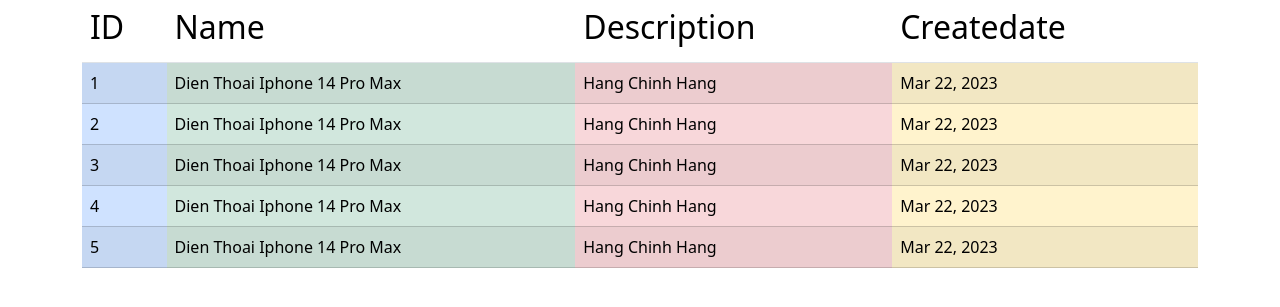
Repository: saiyagodvp/_java4
Page: http://localhost/slide4/product
These files come from the project's save history. The page is drawn as it stood at one moment and after the next save; the edit follows.
The browser window is 1280 px wide. The pictures show the whole page.
The page is served by Tomcat 9.

Above is the page before, as saved 2023-03-24 11:09:14.

After the next save:
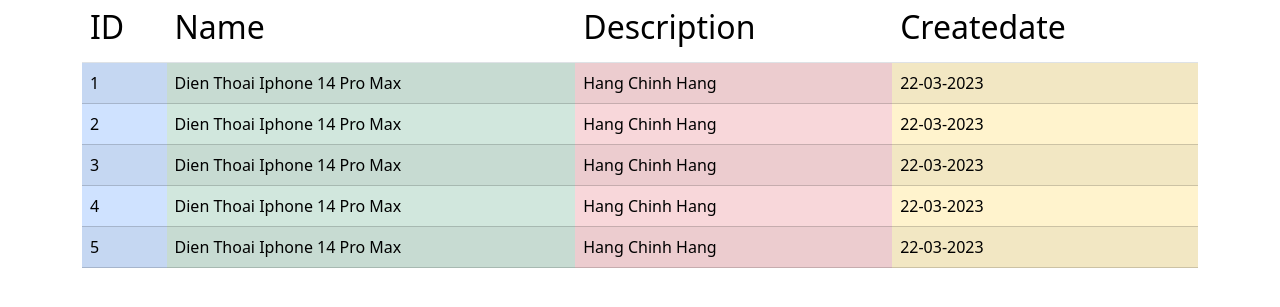
Saved 13 s later.
--- a/slide4/src/main/webapp/product/list.jsp
+++ b/slide4/src/main/webapp/product/list.jsp
@@ -55,7 +55,7 @@
 						<td class="table-success">${p.name}</td>
 						<td class="table-danger">${p.description}</td>
 						<td class="table-warning">
-						<fmt:formatDate value="${p.createdate}" />
+						<fmt:formatDate value="${p.createdate}" pattern="dd-MM-yyyy"/>
 						</td>
 					</tr>
 				</c:forEach>
